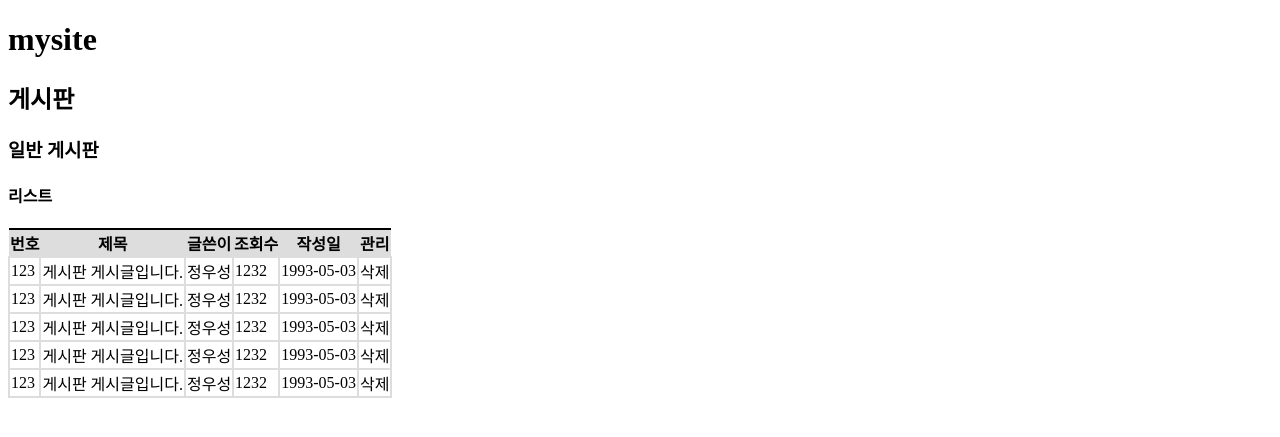
Repository: jeemaru/htme_01
Page: css_02/ex_04-1.html
The author's editor kept a copy of each file at every save. The page is drawn from the files as they stood at one save, then again after the next save.
The browser window is 1280 px wide. The pictures show the whole page.

Above is the page before, as saved 2022-04-07 08:48:56.

After the next save:
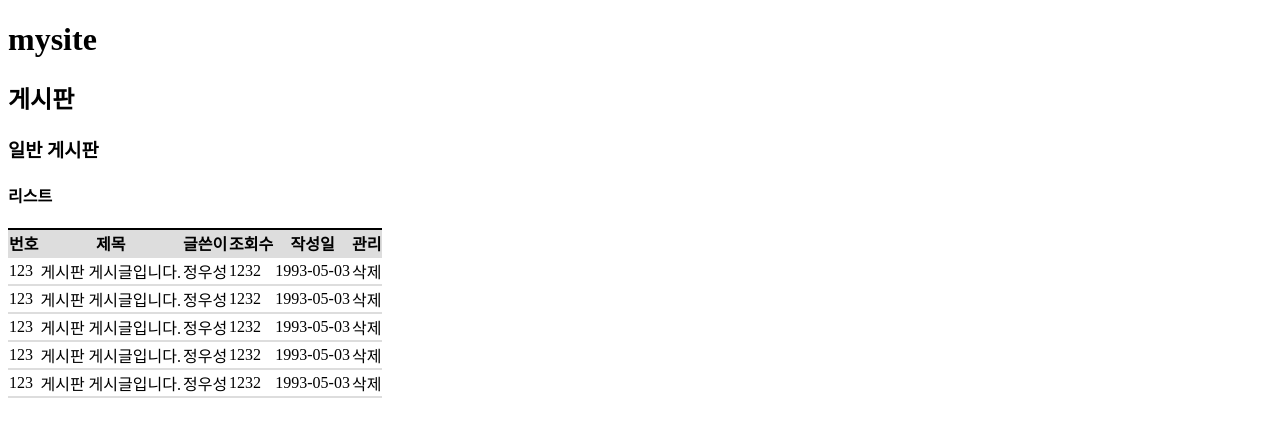
Saved 28 s later.
--- a/css_02/ex_04-1.html
+++ b/css_02/ex_04-1.html
@@ -11,7 +11,9 @@
         		  border: 2px solid #000000;
         		  border-right: 0px;
         		  border-left: 0px;}
-        	td{border: 2px solid #dddddd;}
+        	td{border: 2px solid #dddddd;
+        	   border-right: 0px;
+        	   border-left: 0px;}
 
 
         </style>
